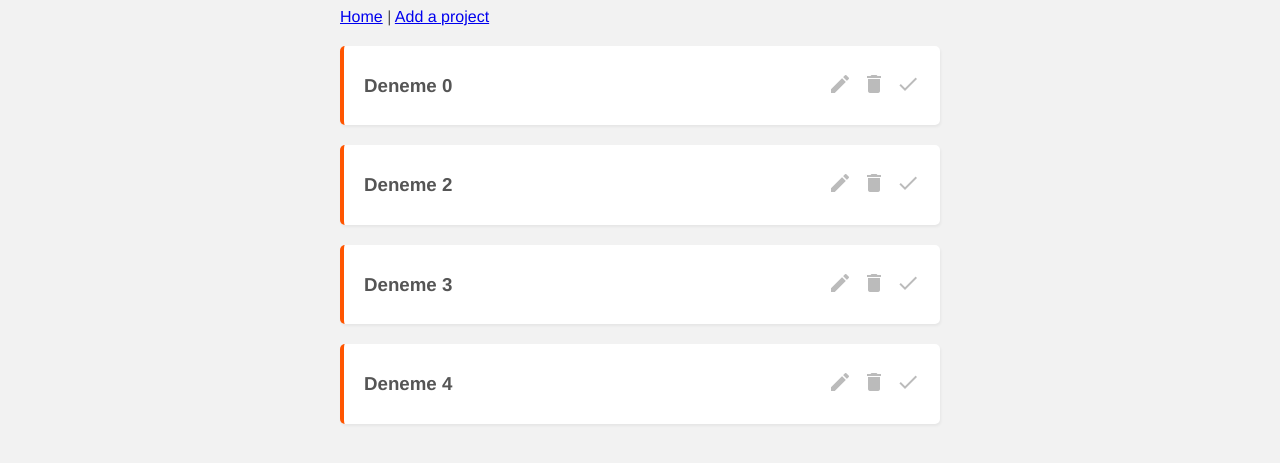
Repository: sercanisli/task-app
Page: /
These files come from the project's save history. The page is drawn as it stood at one moment and after the next save; the edit follows.
The browser window is 1280 px wide. The pictures show the whole page.
The project was rebuilt for these pictures with package versions that can differ from the ones it lists, and the page was loaded fresh each time. Requests to the local data server were answered from the project's data file. Also part of the build but not shown: vue.config.js. Imported but missing from the stored project, and not drawn on this page: src/views/AddProject.vue.

Above is the page before, as saved 2024-04-27 14:50:46.

After the next save:
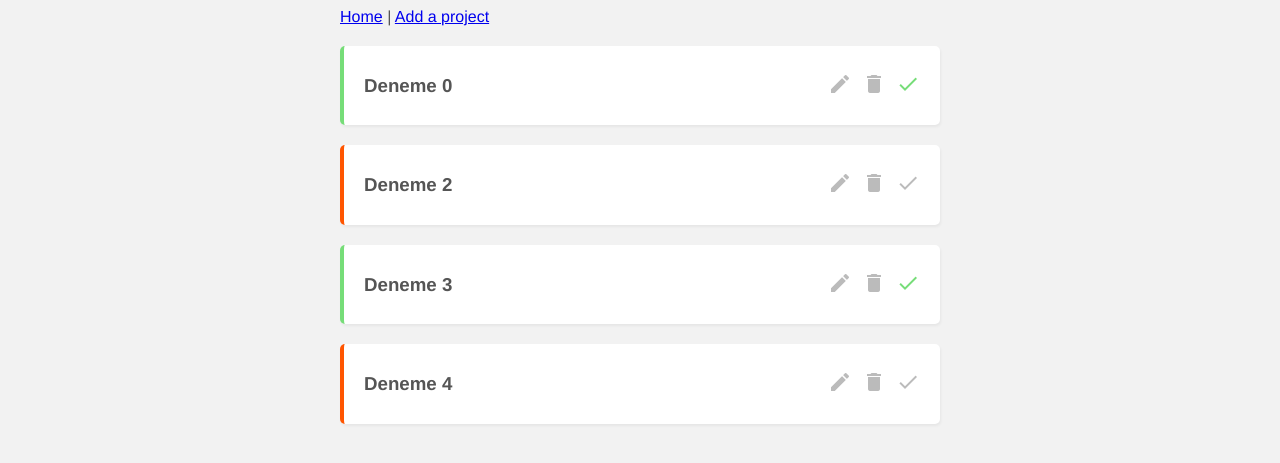
Saved 43 s later.
--- a/src/components/SingleProject.vue
+++ b/src/components/SingleProject.vue
@@ -1,66 +1,79 @@
 <template>
-  <div class="project">
+  <div class="project" :class="{ complete: project.complete }">
     <div class="actions">
-        <h3 @click="showDetails = !showDetails">{{ project.title }}</h3>
-        <div class="icons">
-            <span class="material-icons">edit</span>
-            <span @click="deleteProject" class="material-icons">delete</span>
-            <span class="material-icons">done</span>
-        </div>
+      <h3 @click="showDetails = !showDetails">{{ project.title }}</h3>
+      <div class="icons">
+        <router-link :to="{ name: 'EditProject', params: { id: project.id } }"
+          ><span class="material-icons">edit</span></router-link
+        >
+        <span @click="deleteProject" class="material-icons">delete</span>
+        <span @click="toggleComplete" class="material-icons tick">done</span>
+      </div>
     </div>
     <div v-if="showDetails" class="details">
-        <p>{{ project.details }}</p>
+      <p>{{ project.details }}</p>
     </div>
   </div>
 </template>
 
 <script>
 export default {
-    props:['project'],
-    data(){
-        return {
-            showDetails: false,
-            uri:"http://localhost:3000/projects/" + this.project.id,
-        }
+  props: ["project"],
+  data() {
+    return {
+      showDetails: false,
+      uri: "http://localhost:3000/projects/" + this.project.id,
+    };
+  },
+  methods: {
+    deleteProject() {
+      fetch(this.uri, { method: "DELETE" })
+        .then(() => this.$emit("delete", this.project.id))
+        .catch((err) => console.log(err));
     },
-    methods:{
-      deleteProject(){
-        fetch(this.uri, {method:"DELETE"})
-      }
-    }
-}
+    toggleComplete() {
+      fetch(this.uri, {
+        method: "PATCH",
+        headers: { "Content-Type": "application/json" },
+        body: JSON.stringify({ complete: !this.project.complete }),
+      })
+        .then(() => this.$emit("complete", this.project.id))
+        .catch((err) => console.log(err));
+    },
+  },
+};
 </script>
 
 <style>
 .project {
-    margin: 20px auto;
-    background: #fff;
-    padding: 10px 20px;
-    border-radius: 5px;
-    box-shadow: 1px 2px 3px rgba(0, 0, 0, 0.05);
-    border-left: 4px solid #ff5500;
-  }
-  h3 {
-    cursor: pointer;
-  }
-  .actions {
-    display: flex;
-    justify-content: space-between;
-    align-items: center;
-  }
-  .material-icons {
-    font-size: 24px;
-    margin-left: 10px;
-    color: #bbb;
-    cursor: pointer;
-  }
-  .material-icons:hover {
-    color: #777;
-  }
-  .project.complete {
-    border-left: 4px solid #76dd78;
-  }
-  .project.complete .tick {
-    color: #76dd78;
-  }
+  margin: 20px auto;
+  background: #fff;
+  padding: 10px 20px;
+  border-radius: 5px;
+  box-shadow: 1px 2px 3px rgba(0, 0, 0, 0.05);
+  border-left: 4px solid #ff5500;
+}
+h3 {
+  cursor: pointer;
+}
+.actions {
+  display: flex;
+  justify-content: space-between;
+  align-items: center;
+}
+.material-icons {
+  font-size: 24px;
+  margin-left: 10px;
+  color: #bbb;
+  cursor: pointer;
+}
+.material-icons:hover {
+  color: #777;
+}
+.project.complete {
+  border-left: 4px solid #76dd78;
+}
+.project.complete .tick {
+  color: #76dd78;
+}
 </style>

After the save that followed:
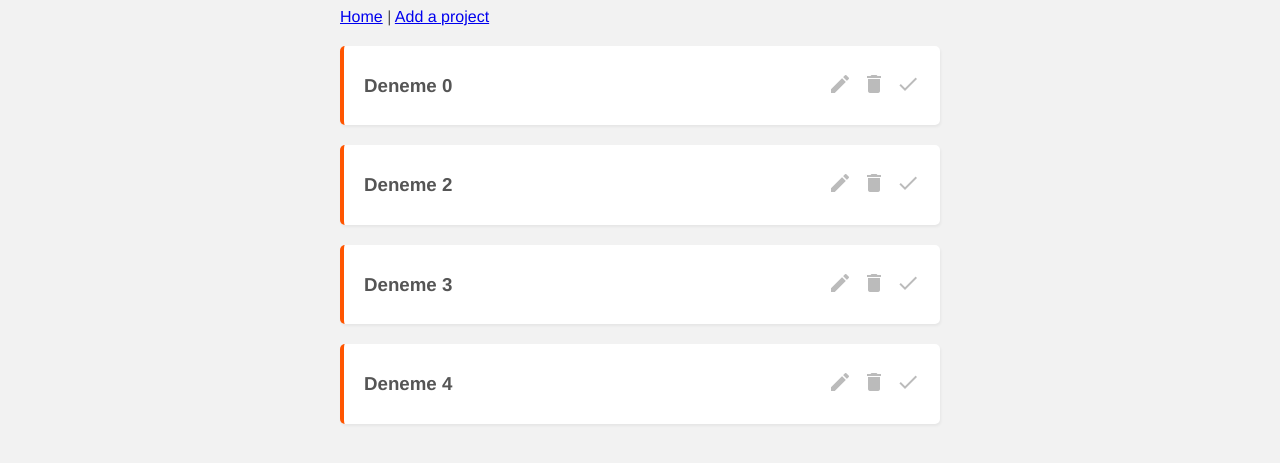
Saved 17 s later.
--- a/src/components/SingleProject.vue
+++ b/src/components/SingleProject.vue
@@ -1,79 +1,66 @@
 <template>
-  <div class="project" :class="{ complete: project.complete }">
+  <div class="project">
     <div class="actions">
-      <h3 @click="showDetails = !showDetails">{{ project.title }}</h3>
-      <div class="icons">
-        <router-link :to="{ name: 'EditProject', params: { id: project.id } }"
-          ><span class="material-icons">edit</span></router-link
-        >
-        <span @click="deleteProject" class="material-icons">delete</span>
-        <span @click="toggleComplete" class="material-icons tick">done</span>
-      </div>
+        <h3 @click="showDetails = !showDetails">{{ project.title }}</h3>
+        <div class="icons">
+            <span class="material-icons">edit</span>
+            <span @click="deleteProject" class="material-icons">delete</span>
+            <span class="material-icons">done</span>
+        </div>
     </div>
     <div v-if="showDetails" class="details">
-      <p>{{ project.details }}</p>
+        <p>{{ project.details }}</p>
     </div>
   </div>
 </template>
 
 <script>
 export default {
-  props: ["project"],
-  data() {
-    return {
-      showDetails: false,
-      uri: "http://localhost:3000/projects/" + this.project.id,
-    };
-  },
-  methods: {
-    deleteProject() {
-      fetch(this.uri, { method: "DELETE" })
-        .then(() => this.$emit("delete", this.project.id))
-        .catch((err) => console.log(err));
+    props:['project'],
+    data(){
+        return {
+            showDetails: false,
+            uri:"http://localhost:3000/projects/" + this.project.id,
+        }
     },
-    toggleComplete() {
-      fetch(this.uri, {
-        method: "PATCH",
-        headers: { "Content-Type": "application/json" },
-        body: JSON.stringify({ complete: !this.project.complete }),
-      })
-        .then(() => this.$emit("complete", this.project.id))
-        .catch((err) => console.log(err));
-    },
-  },
-};
+    methods:{
+      deleteProject(){
+        fetch(this.uri, {method:"DELETE"})
+      }
+    }
+}
 </script>
 
 <style>
 .project {
-  margin: 20px auto;
-  background: #fff;
-  padding: 10px 20px;
-  border-radius: 5px;
-  box-shadow: 1px 2px 3px rgba(0, 0, 0, 0.05);
-  border-left: 4px solid #ff5500;
-}
-h3 {
-  cursor: pointer;
-}
-.actions {
-  display: flex;
-  justify-content: space-between;
-  align-items: center;
-}
-.material-icons {
-  font-size: 24px;
-  margin-left: 10px;
-  color: #bbb;
-  cursor: pointer;
-}
-.material-icons:hover {
-  color: #777;
-}
-.project.complete {
-  border-left: 4px solid #76dd78;
-}
-.project.complete .tick {
-  color: #76dd78;
-}
+    margin: 20px auto;
+    background: #fff;
+    padding: 10px 20px;
+    border-radius: 5px;
+    box-shadow: 1px 2px 3px rgba(0, 0, 0, 0.05);
+    border-left: 4px solid #ff5500;
+  }
+  h3 {
+    cursor: pointer;
+  }
+  .actions {
+    display: flex;
+    justify-content: space-between;
+    align-items: center;
+  }
+  .material-icons {
+    font-size: 24px;
+    margin-left: 10px;
+    color: #bbb;
+    cursor: pointer;
+  }
+  .material-icons:hover {
+    color: #777;
+  }
+  .project.complete {
+    border-left: 4px solid #76dd78;
+  }
+  .project.complete .tick {
+    color: #76dd78;
+  }
 </style>
